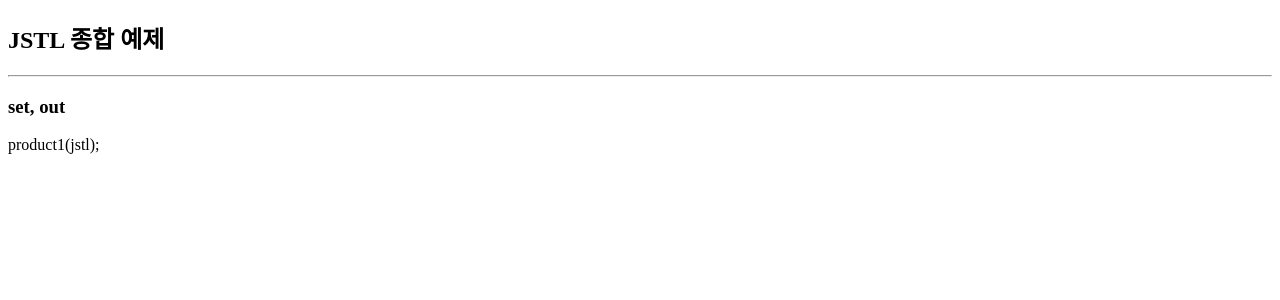
Repository: gold9387/jwbook
Page: http://localhost/jwbook/ch07/jstlExam.jsp
An editor plug-in stored every save of this project. The page is shown before and after the next save, followed by the edit.
The browser window is 1280 px wide. The pictures show the whole page.
The page is served by Tomcat 9.

Above is the page before, as saved 2023-06-06 08:22:29.

After the next save:
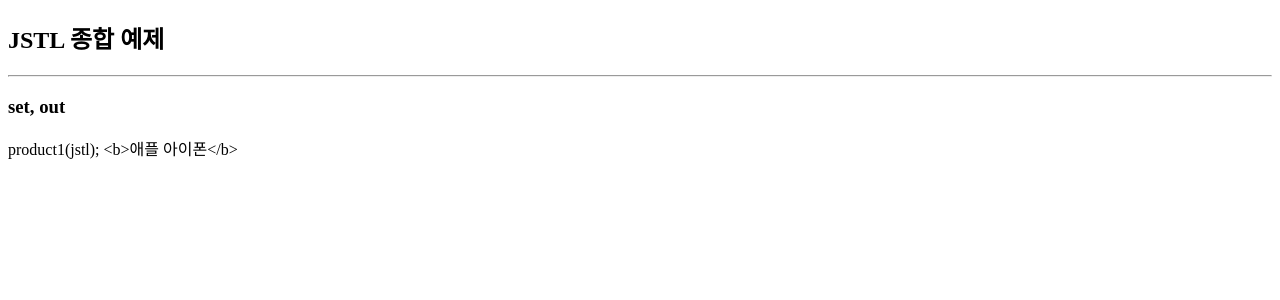
Saved 52 s later.
--- a/jwbook/src/main/webapp/ch07/jstlExam.jsp
+++ b/jwbook/src/main/webapp/ch07/jstlExam.jsp
@@ -17,6 +17,7 @@
 	<c:set var="intArray" value="${[1, 2, 3, 4, 5]}" />
 	<p>
 	product1(jstl);
+	<c:out value="${product1}" default="Not registered" escapeXml="true"></c:out>
 	</p>
 </body>
 </html>
